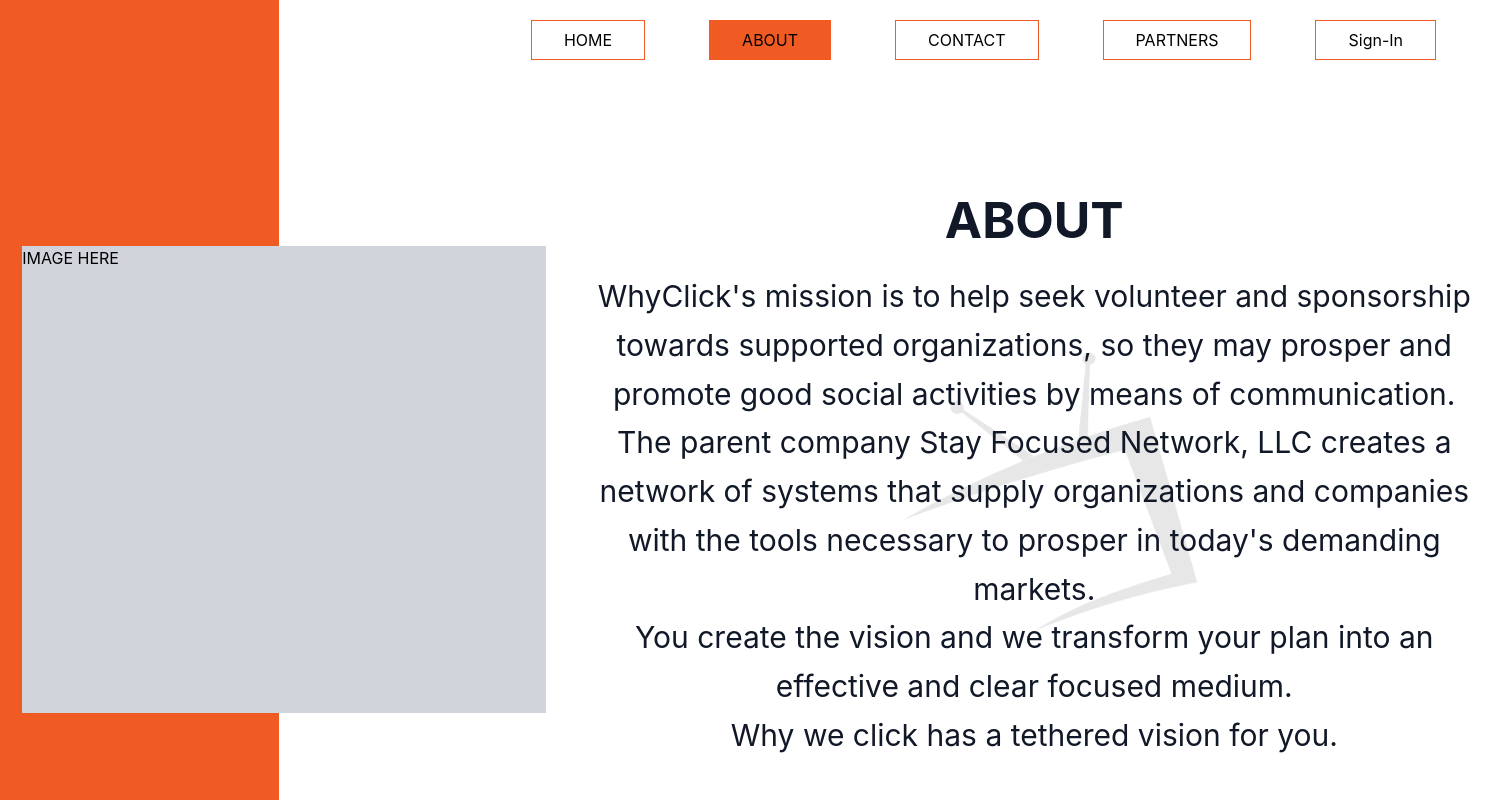
Repository: legenddev1202/whyclicktv
Page: /about
An editor plug-in stored every save of this project. The page is shown before and after the next save, followed by the edit.
The browser window is 1280 px wide. The page is 1500 px wide, so the pictures cover 1500 px, including what lies to the right of the window. The pictures show the whole page.
The project was rebuilt for these pictures with package versions that can differ from the ones it lists, and the page was loaded fresh each time. Also part of the build but not shown: src/App.css, src/pages/home.js, src/pages/contact.js, src/pages/partners.js, src/pages/referral.js.

Above is the page before, as saved 2022-04-12 08:07:37.

### public/index.html
<!DOCTYPE html>
<html lang="en">
  <head>
    <meta charset="utf-8" />
    <link rel="icon" href="%PUBLIC_URL%/favicon.ico" />
    <meta name="viewport" content="width=device-width, initial-scale=1" />
    <meta name="theme-color" content="#000000" />
    <meta name="description" content="why-click" />
    <link rel="apple-touch-icon" href="%PUBLIC_URL%/favicon.ico" />
    <!--
      manifest.json provides metadata used when your web app is installed on a
      user's mobile device or desktop. See https://developers.google.com/web/fundamentals/web-app-manifest/
    -->
    <link rel="manifest" href="%PUBLIC_URL%/manifest.json" />
    <!--
      Notice the use of %PUBLIC_URL% in the tags above.
      It will be replaced with the URL of the `public` folder during the build.
      Only files inside the `public` folder can be referenced from the HTML.

      Unlike "/favicon.ico" or "favicon.ico", "%PUBLIC_URL%/favicon.ico" will
      work correctly both with client-side routing and a non-root public URL.
      Learn how to configure a non-root public URL by running `npm run build`.
    -->
    <title>WhyClick.tv</title>
  </head>
  <body>
    <noscript>WhyClick.tv</noscript>
    <div id="root"></div>
    <!--
      This HTML file is a template.
      If you open it directly in the browser, you will see an empty page.

      You can add webfonts, meta tags, or analytics to this file.
      The build step will place the bundled scripts into the <body> tag.

      To begin the development, run `npm start` or `yarn start`.
      To create a production bundle, use `npm run build` or `yarn build`.
    -->
  </body>
</html>

### src/index.css
@tailwind base;
@tailwind components;
@tailwind utilities;

body {
  margin: 0;
  font-family: -apple-system, BlinkMacSystemFont, "Segoe UI", "Roboto", "Oxygen",
    "Ubuntu", "Cantarell", "Fira Sans", "Droid Sans", "Helvetica Neue",
    sans-serif;
  -webkit-font-smoothing: antialiased;
  -moz-osx-font-smoothing: grayscale;
  height: 100%;
  min-width: 1500px;
}

code {
  font-family: source-code-pro, Menlo, Monaco, Consolas, "Courier New",
    monospace;
}

input::placeholder {
  font-size: 50;
}

input::-moz-placeholder {
  font-size: 50;
}

input::-webkit-input-placeholder {
  font-size: 50;
}

### src/App.js
import { Routes, Route, Link } from "react-router-dom";
import "./App.css";
import Home from "./pages/home";
import About from "./pages/about";
import Contact from "./pages/contact";
import Partners from "./pages/partners";
import Referral from "./pages/referral";

function App() {
  return (
    <Routes>
      <Route path="/" element={<Home />} />
      <Route path="about" element={<About />} />
      <Route path="contact" element={<Contact />} />
      <Route path="partners" element={<Partners />} />
      <Route path="referrel" element={<Referral />} />
    </Routes>
  );
}

export default App;

### src/pages/about.js
import React from "react";
import { Routes, Route, Link } from "react-router-dom";

function About() {
  return (
    <div>
      <div className="bg-transparent w-full h-20 flex items-center px-8 justify-between z-0">
        <div>
          <div
            className="absolute h-20 top-0 left-0"
            style={{ backgroundColor: "#F05A23", width: "279px" }}
          ></div>
        </div>
        <div className="bg-transparent">
          <button
            className="h-10 px-8 mx-8 border"
            style={{ borderColor: "#F05A23" }}
          >
            <Link to="/">HOME</Link>
          </button>
          <button
            className="h-10 px-8 mx-8 border"
            style={{ borderColor: "#F05A23", backgroundColor: "#F05A23" }}
          >
            <Link to="/about">ABOUT</Link>
          </button>
          <button
            className="h-10 px-8 mx-8 border"
            style={{ borderColor: "#F05A23" }}
          >
            <Link to="/contact">CONTACT</Link>
          </button>
          <button
            className="h-10 px-8 mx-8 border"
            style={{ borderColor: "#F05A23" }}
          >
            <Link to="/partners">PARTNERS</Link>
          </button>
          <button
            className="h-10 px-8 mx-8 border"
            style={{ borderColor: "#F05A23" }}
          >
            <Link to="/signin">Sign-In</Link>
          </button>
        </div>
      </div>

      <div
        className="flex w-full items-center justify-around absolute z-20 mx-auto ml-auto"
        style={{ top: "200px", minWidth: 1500 }}
      >
        <div
          className="bg-gray-300"
          style={{ width: "524px", height: "467px" }}
        >
          IMAGE HERE
        </div>
        <div
          className=" flex flex-col items-center justify-center"
          style={{ maxWidth: "887px" }}
        >
          <div
            className="text-4xl font-bold mb-8 text-gray-900"
            style={{ fontSize: 50 }}
          >
            ABOUT
          </div>
          <div
            className="text-2xl text-center leading-relaxed text-gray-900"
            style={{ fontSize: 30 }}
          >
            WhyClick's mission is to help seek volunteer and sponsorship towards
            supported organizations, so they may prosper and promote good social
            activities by means of communication.
            <br /> The parent company Stay Focused Network, LLC creates a
            network of systems that supply organizations and companies with the
            tools necessary to prosper in today's demanding markets.
            <br /> You create the vision and we transform your plan into an
            effective and clear focused medium. <br /> Why we click has a
            tethered vision for you.
          </div>
        </div>
      </div>
      <div
        className="absolute h-full left-0 z-10"
        style={{ backgroundColor: "#F05A23", width: "279px" }}
      ></div>
      <img
        className="logo-icon h-72 absolute bottom-20 right-20"
        src="assets/images/logos/tv-logo.png"
        alt="logo"
      />
    </div>
  );
}

export default About;

Loaded but not shown: src/index.js (common file); src/reportWebVitals.js (common file); tailwind.config.js (common file)

After the next save:
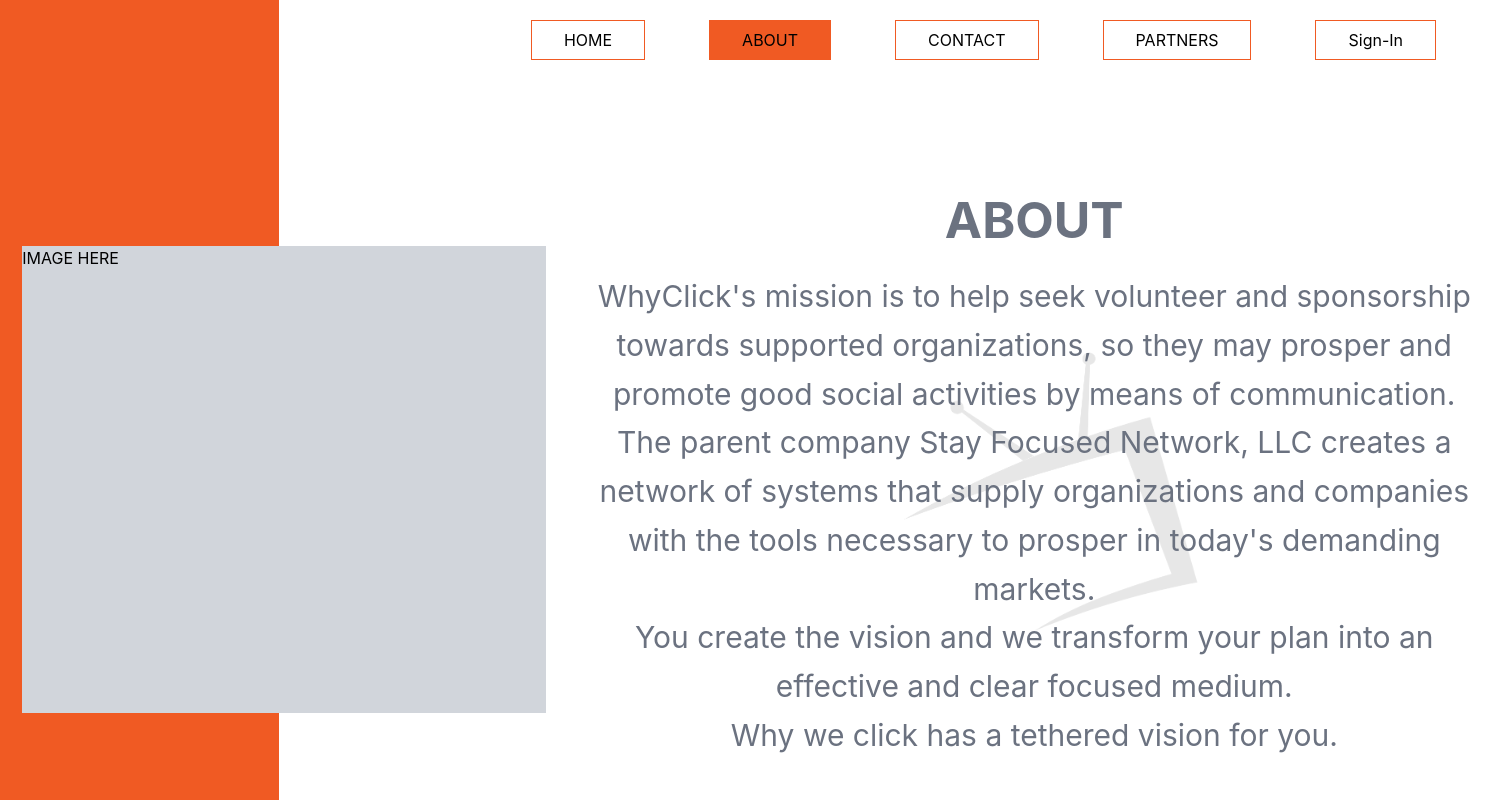
Saved 103 s later.
--- a/src/pages/about.js
+++ b/src/pages/about.js
@@ -60,13 +60,13 @@ function About() {
           style={{ maxWidth: "887px" }}
         >
           <div
-            className="text-4xl font-bold mb-8 text-gray-900"
+            className="text-4xl font-bold mb-8 text-gray-500"
             style={{ fontSize: 50 }}
           >
             ABOUT
           </div>
           <div
-            className="text-2xl text-center leading-relaxed text-gray-900"
+            className="text-2xl text-center leading-relaxed text-gray-500"
             style={{ fontSize: 30 }}
           >
             WhyClick's mission is to help seek volunteer and sponsorship towards

After the save that followed:
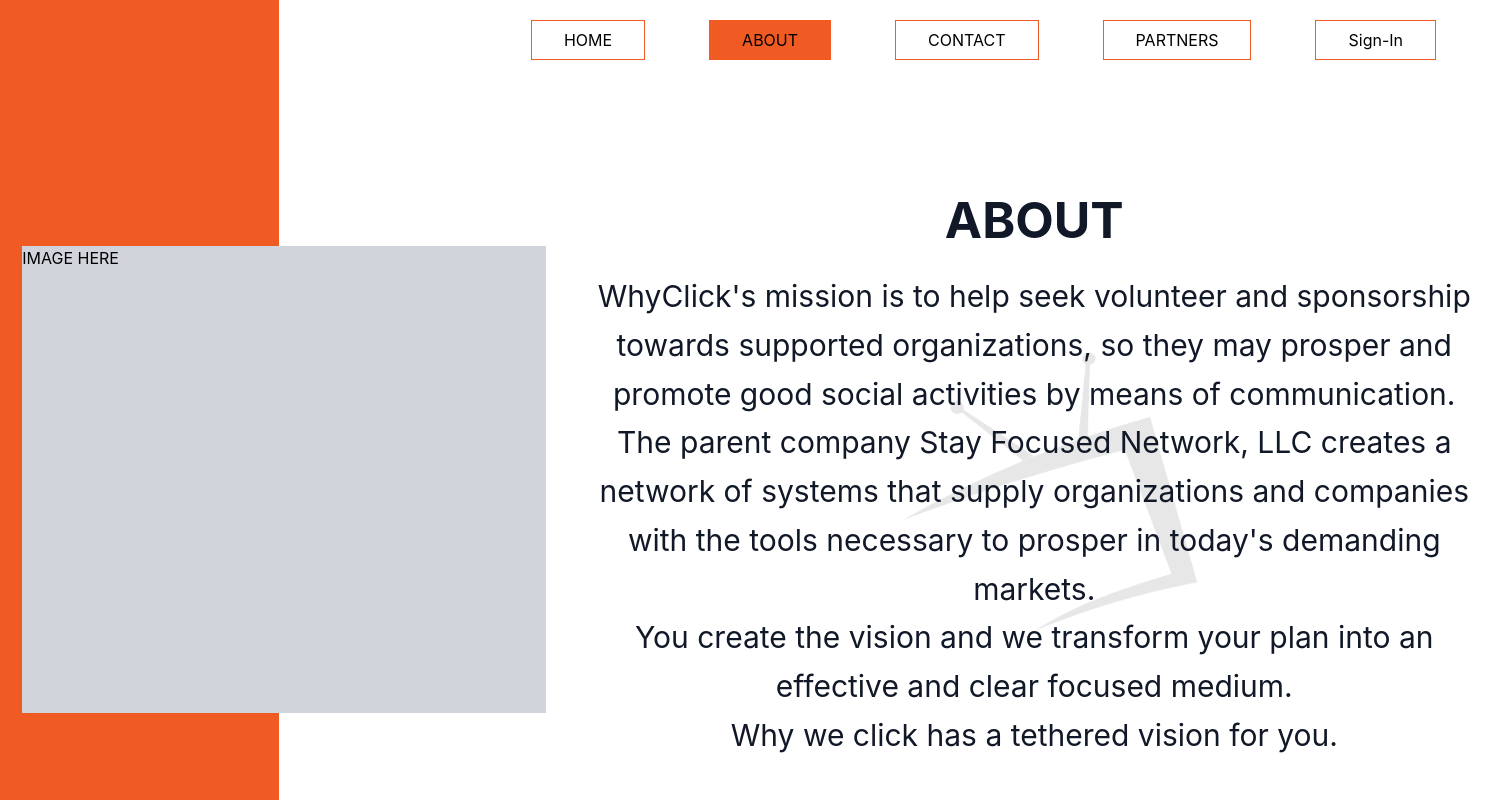
Saved 8 s later.
--- a/src/pages/about.js
+++ b/src/pages/about.js
@@ -60,13 +60,13 @@ function About() {
           style={{ maxWidth: "887px" }}
         >
           <div
-            className="text-4xl font-bold mb-8 text-gray-500"
+            className="text-4xl font-bold mb-8 text-gray-900"
             style={{ fontSize: 50 }}
           >
             ABOUT
           </div>
           <div
-            className="text-2xl text-center leading-relaxed text-gray-500"
+            className="text-2xl text-center leading-relaxed text-gray-900"
             style={{ fontSize: 30 }}
           >
             WhyClick's mission is to help seek volunteer and sponsorship towards
